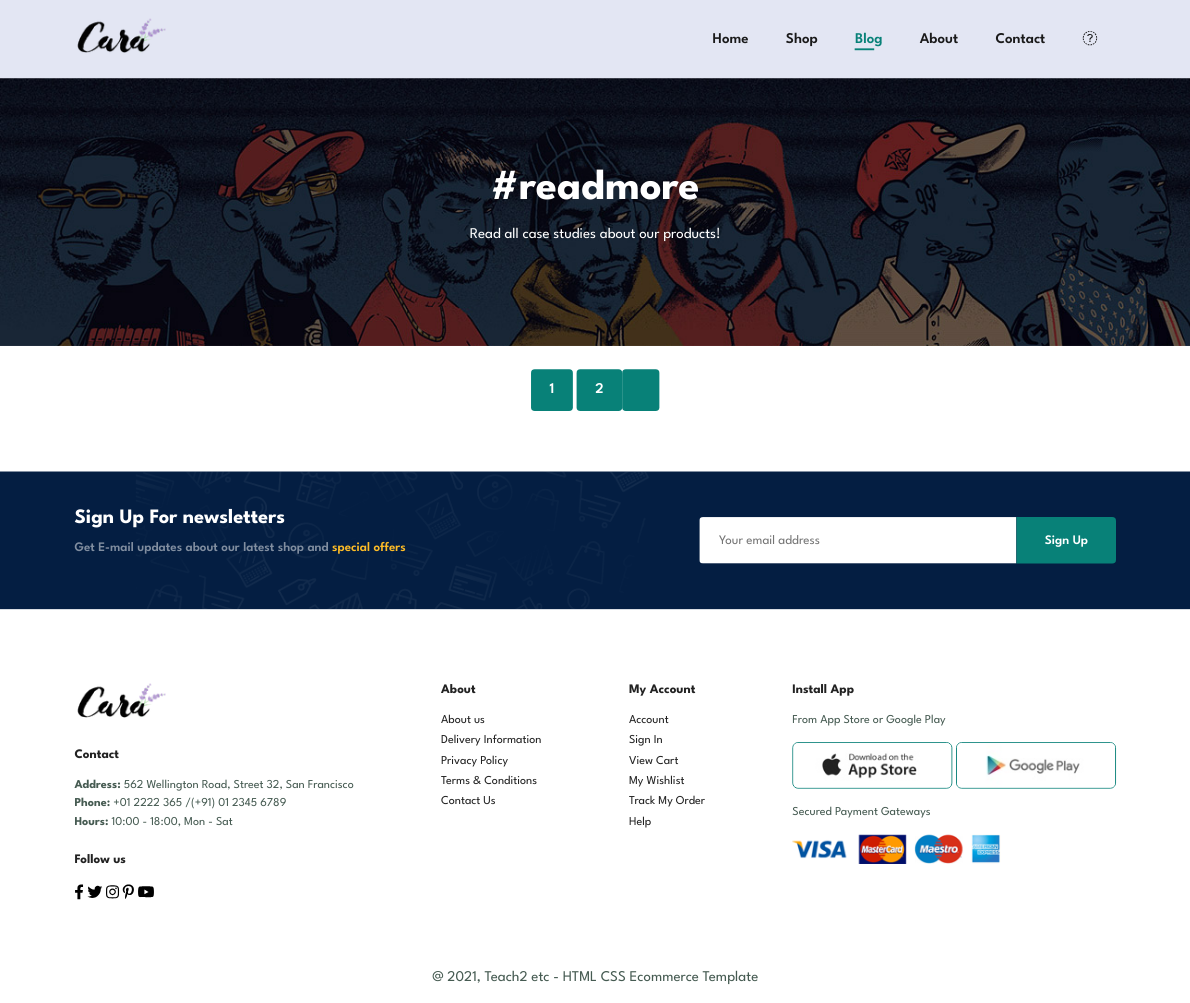
Repository: quy261001/cara
Page: blog.html
These files come from the project's save history. The page is drawn as it stood at one moment and after the next save; the edit follows.
The browser window is 1280 px wide. The pictures show the whole page, at 93% of full size.

Above is the page before, as saved 2022-05-03 22:08:37.

### blog.html
<!DOCTYPE html>
<html lang="en">
<head>
  <meta charset="UTF-8">
  <meta http-equiv="X-UA-Compatible" content="IE=edge">
  <meta name="viewport" content="width=device-width, initial-scale=1.0">
  <link rel="stylesheet" href="style.css">
  <title>Cara Blog</title>
</head>
<body>
  <section class="header">
    <a href="#"><img src="img/logo.png" class="logo" alt=""></a>

    <div>
      <ul class="navbar">
        <li><a href="index.html">Home</a></li>
        <li><a href="shop.html">Shop</a></li>
        <li><a class="active" href="blog.html">Blog</a></li>
        <li><a href="about.html">About</a></li>
        <li><a href="contact.html">Contact</a></li>
        <li class="lg-bag"><a href="cart.html"><i class="far fa-shopping-bag"></i></a></li>
        <a href="#" class="close"><i class="far fa-times"></i></a>
      </ul>
    </div>
    <div class="mobile">
      <a href="cart.html"><i class="menu far fa-shopping-bag"></i></a>
      <div class="bar">
        <i class=" fas fa-outdent"></i>
      </div>
    </div>
  </section>

  <section class="page-header blog-header">
    <h2>#readmore</h2>
    <p>Read all case studies about our products!</p>
  </section>

  <section class="pagination section-p1">
    <a href="#">1</a>
    <a href="#">2</a>
    <a href="#"><i class="next fal fa-long-arrow-alt-right"></i></a>
  </section>

  <section class="newsletter section-p1 section-m1">
      <div class="newstext">
          <h4>Sign Up For newsletters</h4>
          <p>Get E-mail updates about our latest shop and <span>special offers</span></p>
      </div>
      <div class="form">
        <input type="text" placeholder="Your email address">
        <button class="normal">Sign Up </button>
      </div>
  </section>

  <footer class="section-p1">
    <div class="col">
      <img class="logo" src="img/logo.png" alt="">
      <h4>Contact</h4>
      <p><strong>Address: </strong>562 Wellington Road, Street 32, San Francisco</p>
      <p><strong>Phone: </strong>+01 2222 365 /(+91) 01 2345 6789</p>
      <p><strong>Hours: </strong>10:00 - 18:00, Mon - Sat</p>
      <div class="follow">
        <h4>Follow us</h4>
        <div class="icon">
          <i class="fab fa-facebook-f"></i>
          <i class="fab fa-twitter"></i>
          <i class="fab fa-instagram"></i>
          <i class="fab fa-pinterest-p"></i>
          <i class="fab fa-youtube"></i>
        </div>
      </div>
    </div>

    <div class="col">
      <h4>About</h4>
      <a href="#">About us</a>
      <a href="#">Delivery Information</a>
      <a href="#">Privacy Policy</a>
      <a href="#">Terms & Conditions</a>
      <a href="#">Contact Us</a>
    </div>

    <div class="col">
      <h4>My Account</h4>
      <a href="#">Account</a>
      <a href="#">Sign In</a>
      <a href="#">View Cart</a>
      <a href="#">My Wishlist</a>
      <a href="#">Track My Order</a>
      <a href="#">Help</a>
    </div>

    <div class="col install">
      <h4>Install App</h4>
      <p>From App Store or Google Play</p>
      <div class="row">
        <img src="img/pay/app.jpg" alt="">
        <img src="img/pay/play.jpg" alt="">
      </div>
      <p>Secured Payment Gateways</p>
      <img src="img/pay/pay.png" alt="">
    </div>
  </footer>
  <section>
    <div class="copyright">
      <p>@ 2021, Teach2 etc - HTML CSS Ecommerce Template</p>
    </div>
  </section>
  <script src="script.js"></script>
  <script defer src="https://pro.fontawesome.com/releases/v5.15.4/js/all.js"></script>
</body>
</html>

### style.css
@import url('https://fonts.googleapis.com/css2?family=League+Spartan:wght@100;200;300;400;500;600;700;800;900&display=swap');
* {
  margin: 0;
  padding: 0;
  box-sizing: border-box;
  font-family: 'League Spartan', sans-serif;
}
h1 {
  font-size: 50px;
  line-height: 64px;
  color: #222;
}
h2 {
  font-size: 46px;
  line-height: 53px;
  color: #222;
}
h4 {
  font-size: 20px;
  color: #222;
}
h6 {
  font-weight: 700;
  font-size: 12px;
}
p {
  font-size: 16px;
  color: #465b52;
  margin: 15px 0 20px 0;
}
.section-p1 {
  padding: 40px 80px;
}
.section-m1 {
  margin: 40px 0;
}
button.normal {
  font-size: 14px;
  font-weight: 600;
  padding: 15px 30px;
  color: #000;
  background-color: #fff;
  border-radius: 4px;
  cursor: pointer;
  border: none;
  outline: none;
  transition: 0.2s;
}
button.while {
  font-size: 13px;
  font-weight: 600;
  padding: 11px 22px;
  color: #000;
  background-color: transparent;
  cursor: pointer;
  border: 1px solid #fff;
  outline: none;
  transition: 0.2s;
}
body {
  width: 100%;
}

/* Header-start */
.header {
  display: flex;
  justify-content: space-between;
  align-items: center;
  padding: 20px 80px;
  background-color: #E3E6F3;
  box-shadow: 0 5px 15px rgba(0, 0, 0, 0.06);
  z-index: 999;
  position: sticky;
  top: 0;
  left: 0;
}

.navbar {
  display: flex;
  align-items: center;
  justify-content: center;
}

.navbar li {
  list-style: none;
  padding: 0 20px;
  position: relative;
}

.navbar li a {
  text-decoration: none;
  font-size:16px;
  font-weight: 600;
  color: #1a1a1a;
  transition: 0.3s ease;
}

.navbar li a:hover,
.navbar li a.active {
  color: #088178;
}

.navbar li a.active::after,
.navbar li a:hover::after {
  content: "";
  width: 30%;
  height: 2px;
  background-color: #088178;
  position: absolute;
  bottom: -4px;
  left: 20px;
}
.mobile {
  display: none;
  align-items: center;
}
.close {
  display: none;
}
/* Home page */
.hero {
  background-image: url("img/hero4.png");
  height: 90vh;
  width: 100%;
  background-position: top 25% right 0;
  background-size: cover;
  display: flex;
  justify-content: center;
  align-items: flex-start;
  flex-direction: column;
  padding: 0 80px;
}

.hero h4 {
  padding-bottom: 15px;
}

.hero h1 {
  color: #088178;
}

.hero button {
  background-image: url("img/button.png");
  background-color: transparent;
  color: #088178;
  border: 0;
  padding: 14px 80px 14px 80px;
  background-repeat: no-repeat;
  cursor: pointer;
  font-weight: 700;
}

.feature {
  display: flex;
  align-items: center;
  justify-content: space-between;
  flex-wrap: wrap;
}

.feature .fe-box {
   width: 180px;
   text-align: center;
   padding: 25px 15px;
   box-shadow: 20px 20px 34px rgba(0, 0, 0, 0.03);
   border: 1px solid #cce7d0;
   border-radius: 4px;
   margin: 15px 0;
}

.feature .fe-box:hover {
  box-shadow: 10px 10px 54px rgba(70, 62, 221, 0.1);
}
.feature .fe-box img {
  width: 100%;
  margin-bottom: 10px;
}
.feature .fe-box h6 {
  display: inline-block;
  padding: 9px 8px 6px 8px;
  line-height: 1;
  border-radius: 4px;
  color: #088178;
  background-color: #fddde4;
}
.feature .fe-box:nth-child(2) h6 {
  background-color: #cdebbc;
}
.feature .fe-box:nth-child(3) h6 {
  background-color: #d1e8f2;
}
.feature .fe-box:nth-child(4) h6 {
  background-color: #cdd4f8;
}
.feature .fe-box:nth-child(5) h6 {
  background-color: #f6dbf6;
}
.feature .fe-box:nth-child(6) h6 {
  background-color: #fff2e5;
}

.product1 {
  text-align: center;
}
.product1 .pro-container {
  display: flex;
  justify-content: space-between;
  flex-wrap: wrap;
  padding-top: 20px;
}
.product1 .pro {
  position: relative;
  width: 23%;
  min-width: 250px;
  padding: 10px 12px;
  border: 1px solid #cce70d;
  border-radius: 25px;
  cursor: pointer;
  box-shadow: 20px 20px 30px rgba(0, 0, 0, 0.02);
  margin: 15px 0;
  transition: 0.2s ease;
}
.product1 .pro:hover {
  box-shadow: 20px 20px 30px rgba(0, 0, 0, 0.06);
}
.product1 .pro img {
  width: 100%;
  border-radius: 20px;
}
.product1 .pro .des {
  text-align: start;
  padding: 10px 0;
}
.product1 .pro .des span {
  color: #606063;
  font-size: 12px;
}
.product1 .pro .des h5 {
  padding-top: 7px;
  color: #1a1a1a;
  font-size: 14px;
}
.star {
  font-size: 12px;
  color: rgb(243, 181, 25);
}
.product1 .pro .des h4 {
  padding-top: 7px;
  font-size: 15px;
  font-weight: 700;
  color: #088178;
}
.product1 .pro .cart {
  width: 40px;
  height: 40px;
  line-height: 40px;
  border-radius: 50px;
  background-color: #e8f6ea;
  font-weight: 500;
  color: #088178;
  border: 1px solid #cce7d0;
  padding: 10px;
  position: absolute;
  bottom: 20px;
  right: 10px;
}

.banner {
  display: flex;
  flex-direction: column;
  justify-content: center;
  align-items: center;
  background-image: url("img/banner/b2.jpg");
  width: 100%;
  height: 40vh;
  background-size: cover;
  background-position: center;
}
.banner h4 {
  color: #fff;
  font-size: 16px;
}
.banner h2 {
  color: #fff;
  font-size: 30px;
  padding: 10px 0;
}
.banner h2 span {
  color: #ef3636;
}
.banner button:hover {
  background: #088178;
  color: #fff;
}

.sm-banner {
  display: flex;
  justify-content: space-between;
  flex-wrap: wrap;
}

.sm-banner .banner-box {
  display: flex;
  flex-direction: column;
  justify-content: center;
  align-items: flex-start;
  text-align: center;
  background-image: url("img/banner/b17.jpg");
  min-width: 49%;
  height: 50vh;
  background-size: cover;
  background-position: center;
  padding: 30px;
}
.sm-banner .banner-box2 {
  background-image: url("img/banner/b10.jpg");
}
.sm-banner h4 {
  color: #fff;
  font-size: 30px;
  font-weight: 300;
}
.sm-banner h2 {
  color: #fff;
  font-size: 38px;
  font-weight: 800;
}
.sm-banner span {
  color: #fff;
  font-size: 24px;
  font-weight: 500;
  margin-bottom: 15px;
}
.sm-banner .banner-box:hover button {
  background-color: #088178;
  border: 1px solid #088178;
}

.banner3 {
  display: flex;
  justify-content: space-between;
  flex-wrap: wrap;
}

.banner3 .banner-box {
  display: flex;
  flex-direction: column;
  justify-content: center;
  align-items: flex-start;
  text-align: center;
  background-image: url("img/banner/b7.jpg");
  min-width: 30%;
  height: 30vh;
  background-size: cover;
  background-position: center;
  padding: 20px;
  margin-bottom: 20px;
}

.banner3 .banner-box2 {
  background-image: url("img/banner/b4.jpg");
}

.banner3 .banner-box3 {
  background-image: url("img/banner/b18.jpg");
}

.banner3 h2 {
  color: #fff;
  font-weight: 900;
  font-size: 22px;
}

.banner3 h3 {
  color: #ec544e;
  font-weight: 800;
  font-size: 15px;
}

.newsletter {
  display: flex;
  justify-content: space-between;
  flex-wrap: wrap;
  align-items: center;
  background-image: url("img/banner/b14.png");
  background-repeat: no-repeat;
  background-position: 20% 30%;
  background-color: #041e42;
}
.newsletter h4 {
  font-size: 22px;
  font-weight: 700;
  color: #fff;
}
.newsletter p {
  font-size: 14px;
  font-weight: 600;
  color: #818ea0;
}
.newsletter p span {
  color: #ffbd27;
}

.newsletter .form {
  display: flex;
  width: 40%;
}

.newsletter input {
  height: 3.125rem;
  width: 24.125rem;
  padding: 0 1.25rem;
  font-size: 14px;
  border: 1px solid transparent;
  border-radius: 4px;
  outline: none;
  border-top-right-radius: 0;
  border-bottom-right-radius: 0;
}
.newsletter button {
  background-color: #088178;
  color: #fff;
  white-space: nowrap;
  padding:18px 30px;
  border-top-left-radius: 0;
  border-bottom-left-radius: 0;
}

footer {
  display: flex;
  flex-wrap: wrap;
  justify-content: space-between;
}
footer .col {
  display: flex;
  flex-direction: column;
  align-items: flex-start;
  margin-bottom: 20px;
}
footer .logo {
    margin-bottom: 30px;
}
footer h4 {
  font-size: 14px;
  margin-bottom: 20px;
}
footer p {
  font-size: 13px;
  margin: 0 0 8px 0;
}
footer a  {
  font-size: 13px;
  text-decoration: none;
  color: #222;
  margin-bottom: 10px;
}
footer .follow {
  margin-top: 20px;
}
footer .follow i {
  color: #456b52;
  padding-right: 4px;
  cursor: pointer;
}
footer .install .row img {
  border: 1px solid #088178;
  border-radius: 6px;
}
footer .install img {
  margin: 10px 0 15px 0;
}
footer .folow i:hover,
footer a:hover {
  color: #088178;
}
.copyright {
  width: 100%;
  text-align: center;
}

/* Shop page */
.page-header {
  background-image: url("img/banner/b1.jpg");
  height: 100%;
  height: 40vh;
  background-size: cover;
  display: flex;
  justify-content: center;
  align-items: center;
  flex-direction: column;
  padding: 14px;
}
.page-header h2,
.page-header p {
  color: #fff;

}
.pagination {
  text-align: center;
}
.pagination a {
  text-decoration: none;
  background-color: #088178;
  padding: 15px 20px;
  border-radius: 4px;
  color: #fff;
  font-weight: 600;
}
.pagination .next {
  font-size: 16px;
}

/* Single Product  */
.prodetails {
  display: flex;
  margin-top: 20px;
}
.prodetails .single-pro-image {
  width: 40%;
  margin-right: 50px;
}

.small-img-group {
  display: flex;
  justify-content: space-between;

}
.small-img-col {
  flex-basis: 24%;
  cursor: pointer;
}
.prodetails .single-pro-details {
  width: 50%;
  padding-top: 30px;
}
.prodetails .single-pro-details h4 {
  padding: 40px 0 20px 0;
}
.prodetails .single-pro-details h2 {
  font-size: 26px;
}
.prodetails .single-pro-details select {
  display: block;
  padding: 5px 10px;
  margin-bottom: 10px;
}
.prodetails .single-pro-details input {
  width: 50px;
  height: 47px;
  padding-left: 10px;
  font-size: 16px;
  margin-right: 10px;
}
.prodetails .single-pro-details input:focus {
  outline: none;
}
.prodetails .single-pro-details button {
  background-color: #088178;
  color: #fff;
}
.prodetails .single-pro-details span {
  line-height: 25px;
}

/* Blog page */
.page-header .blog-header {
  background-image: url("img/banner/b19.jpg");
}



/* Start Media Query */

@media (max-width: 799px) {
  /* .section-p1 {
    padding: 40px 40px;
  } */
  .navbar {
    display: flex;
    flex-direction: column;
    align-items: flex-start;
    justify-content: flex-start;
    position: fixed;
    top: 0;
    right: -300px;
    height: 100vh;
    width: 300px;
    background-color: #E3E6F3;
    box-shadow: 0 40px 60px rgba(0, 0, 0, 0.1);
    padding: 80px 0 0 10px;
    transition: 0.3s;
  }
    .active {
    right: 0px;
  }
  .navbar li {
    margin-bottom: 25px;
  }
  .mobile {
    display: flex;
    align-items: center;
  }
  .mobile .menu {
    /* display: none; */
    color: #1a1a1a;
    font-size: 20px;
    margin-right: 20px;
  }
  .mobile .bar {
    color: #1a1a1a;
    font-size: 20px;
    padding-left: 10px;
  }
  .close {
    display: block;
    position: absolute;
    top: 30px;
    left: 30px;
    color: #222;
    font-size: 24px;
  }
  .lg-bag {
    display: none;
  }
  .hero {
    height: 70vh;
    padding: 0 80px;
    background-position: top 30% right 30%;
  }
  /* .feature {
    justify-content: center;
  }
  .feature .fe-box {
    margin: 15px 15px;
  } */
  .banner {
    height: 20vh;
  }
  .sm-banner .banner-box {
    min-width: 100%;
    height: 30vh;

  }
  .banner3 {
    padding: 0 40px;
  }
  .banner3 .banner-box {
    width: 28%;
  }
  .newsletter .form{
    width: 70%;
  }
}

@media (max-width: 477px) {
  .bar svg {
    pointer-events: none;
  }
  .section-p1 {
    padding: 20px;
  }
  .header {
    padding: 10px 30px;
  }
  h1 {
    font-size: 38px;
  }
  h2 {
    font-size: 32px;
  }
  .hero {
    padding: 0 20px;
    background-position: 55%;
  }
  .feature .fe-box {
    width: 155px;
    margin: 0 0 15px 0;
  }
  .product1 .pro {
    width: 100%;
  }
  .banner {
    height: 40vh;
  }
  .banner h2 {
    text-align: center;
  }
  .sm-banner .banner-box {
    height: 40vh;
  }
  .sm-banner .banner-box2 {
    margin-top: 20px;
  }
  .banner3 {
    padding: 0 20px;
  }
  .banner3 .banner-box {
    width: 100%;
  }
  .newsletter {
    padding: 40px 20px;
  }
  .newsletter .form {
    width: 100%;
  }
  .navbar {
    width: 240px;
  }

  /* Single Product */
  .page-header {
    background-position: top 0 right 50%;
  }
  .prodetails {
    display: flex;
    flex-direction: column;
  }
  .prodetails .single-pro-image {
    width: 100%;
    margin-right: 0px;
  }
  .prodetails .single-pro-details {
    width: 100%;
  }
}

### script.js
const bar = document.querySelector(".bar");
const nav = document.querySelector(".navbar");
const close = document.querySelector(".close");
console.log(bar)
console.log(nav)
if(bar) {
  bar.addEventListener("click", () => {
    nav.classList.add("active");
  })
}
if(close) {
  close.addEventListener("click", () => {
    nav.classList.remove("active");
  })
}

document.addEventListener("click", function(e) {
  if (!nav.contains(e.target) && !e.target.matches(".bar")) {
    nav.classList.remove("active")
  }
})

After the next save:
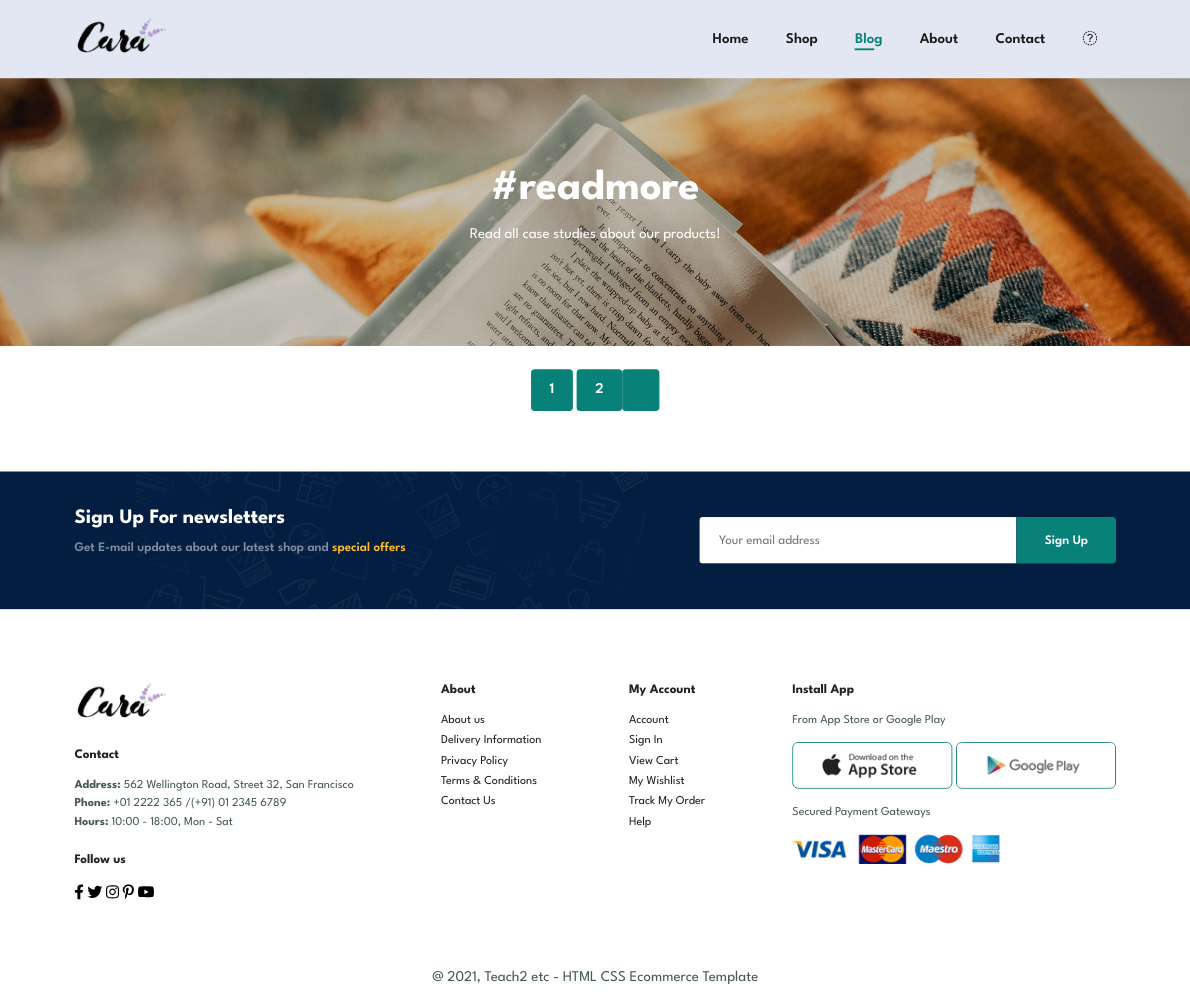
Saved 2 min 38 s later.
--- a/style.css
+++ b/style.css
@@ -562,7 +562,7 @@ footer a:hover {
 }
 
 /* Blog page */
-.page-header .blog-header {
+.blog-header {
   background-image: url("img/banner/b19.jpg");
 }
 
